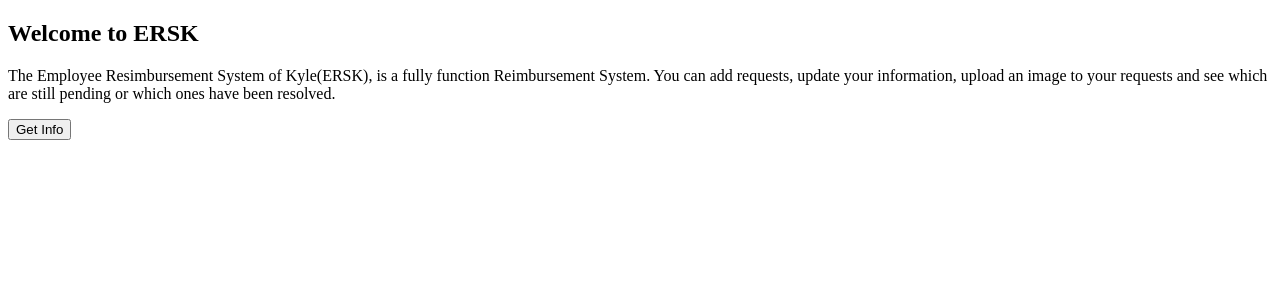
Repository: 1807-mehrab/project-1-KyleAButterfield
Page: ERSK/ERSK/src/main/webapp/EmployeeHomePage.html
The author's editor kept a copy of each file at every save. The page is drawn from the files as they stood at one save, then again after the next save.
The browser window is 1280 px wide. The pictures show the whole page.

Above is the page before, as saved 2018-07-28 00:27:46.

### ERSK/ERSK/src/main/webapp/EmployeeHomePage.html
<!DOCTYPE html>
<html>
<head>
<meta charset="ISO-8859-1">
<title>ERSK-Home Page</title>
</head>
<body>
	<div id="body">
	<h2>Welcome to ERSK</h2>
	<p>The Employee Resimbursement System of Kyle(ERSK), is a fully function Reimbursement System.
	 You can add requests, update your information, upload an image to your requests and see which are still pending
	 or which ones have been resolved.   </p>
	 <input type="button" onClick ="getInfo()" value="Get Info">
	</div>
</body>
<script src="functions.js"></script>
</html>

Loaded but not shown: ERSK/ERSK/src/main/webapp/functions.js (no copy from this time; the picture is the same without it)

After the next save:
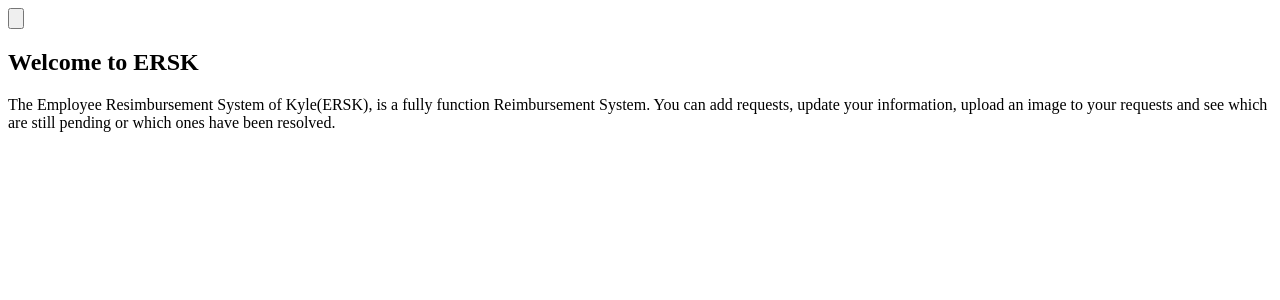
Saved 112 min 25 s later.
--- a/ERSK/ERSK/src/main/webapp/EmployeeHomePage.html
+++ b/ERSK/ERSK/src/main/webapp/EmployeeHomePage.html
@@ -3,6 +3,10 @@
 <head>
 <meta charset="ISO-8859-1">
 <title>ERSK-Home Page</title>
+	<div id="dashboard'>
+	 <input type="button" onClick ="getInfo()" value="Get Info">
+	 <input type="button" onClick="loadRequests()" value="">
+	</div>
 </head>
 <body>
 	<div id="body">
@@ -10,7 +14,7 @@
 	<p>The Employee Resimbursement System of Kyle(ERSK), is a fully function Reimbursement System.
 	 You can add requests, update your information, upload an image to your requests and see which are still pending
 	 or which ones have been resolved.   </p>
-	 <input type="button" onClick ="getInfo()" value="Get Info">
+
 	</div>
 </body>
 <script src="functions.js"></script>
